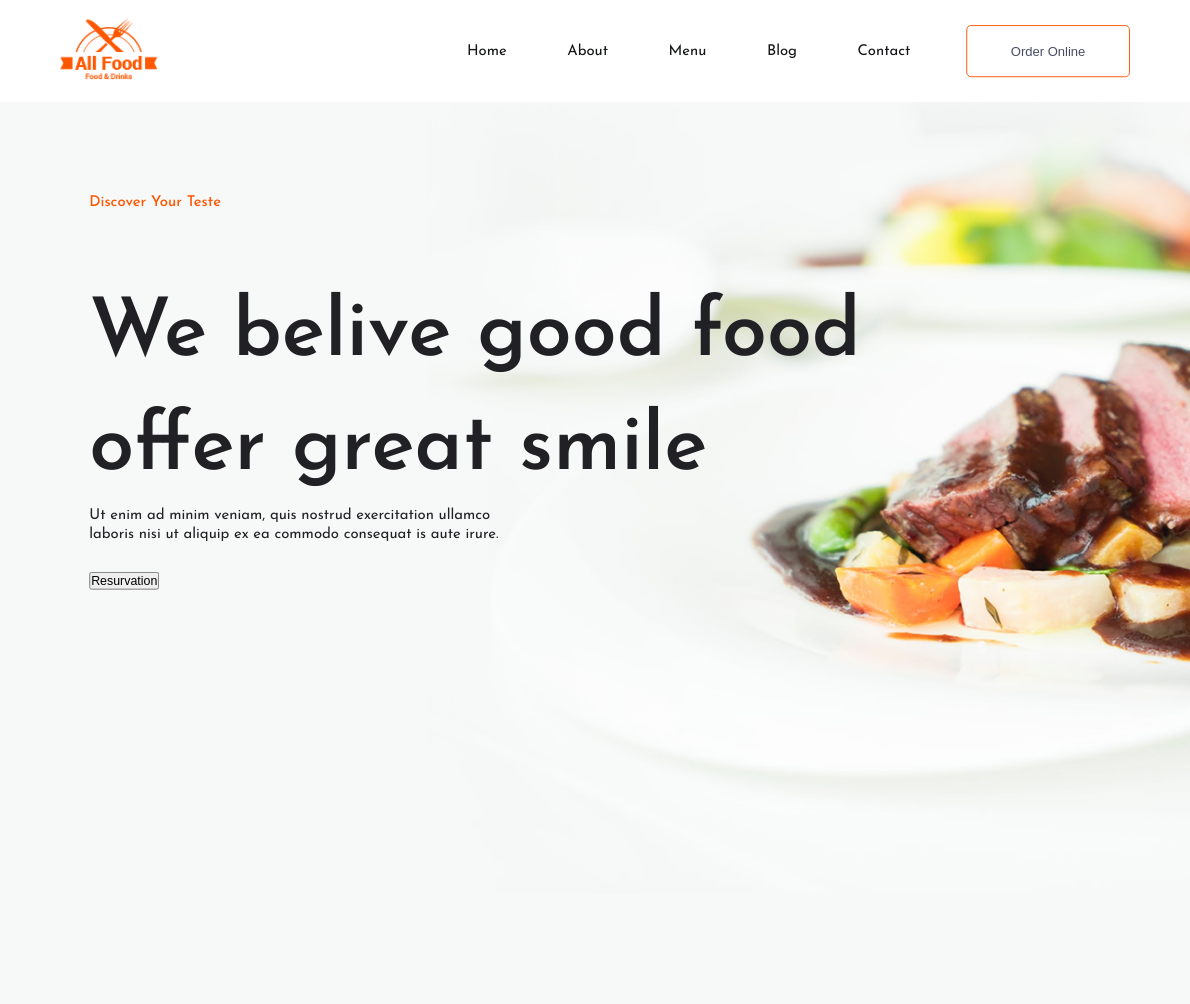
Repository: Ebtehal18/food
Page: index.html
The author's editor kept a copy of each file at every save. The page is drawn from the files as they stood at one save, then again after the next save.
The browser window is 1280 px wide. The pictures show the whole page, at 93% of full size.

Above is the page before, as saved 2024-01-17 12:09:58.

### index.html
<!DOCTYPE html>
<html lang="en">
  <head>
    <meta charset="UTF-8" />
    <meta name="viewport" content="width=device-width, initial-scale=1.0" />
    <title>Time Zone</title>
    <link rel="preconnect" href="https://fonts.googleapis.com" />
    <link rel="preconnect" href="https://fonts.gstatic.com" crossorigin />
    <link
      href="https://fonts.googleapis.com/css2?family=Josefin+Sans:wght@200;300;400;500;600&display=swap"
      rel="stylesheet"
    />
    <link rel="stylesheet" href="asessets/css/style.css" />
    <link rel="stylesheet" href="asessets/css/External/all.min.css" />
  </head>
  <body>
    <!-- nav bar -->
    <header class="header">
      <div class="logo"><img src="asessets/imgs/logo.png" alt="logo" /></div>
      <nav class="nav">
        <ul class="nav-list">
          <li class="list-item"><a href="#">Home</a></li>
          <li class="list-item"><a href="#">About</a></li>
          <li class="list-item"><a href="#">Menu</a></li>
          <li class="list-item">
            <a href="#">Blog</a>
            <ul class="dropdown-list">
              <li class="dropdown-item"><a href="#">Blog</a></li>
              <li class="dropdown-item"><a href="#">Blog Details</a></li>
              <li class="dropdown-item"><a href="#">Element</a></li>
            </ul>
          </li>
          <li class="list-item"><a href="#">Contact</a></li>
        </ul>
      </nav>
      <button class="btn">Order Online</button>
    </header>

    <!-- hero -->

    <section class="hero">
      <div class="container">
        <div class="row">
         <div class="hero-content">
           <span>Discover Your Teste</span>
          <h1>We belive good food offer great smile</h1>
          <p>
            Ut enim ad minim veniam, quis nostrud exercitation ullamco laboris
            nisi ut aliquip ex ea commodo consequat is aute irure.
          </p>
          <button>Resurvation</button></div>
          </div>
        </div>
      </div>
    </section>
  </body>
</html>

### asessets/css/style.css
/*
=======================================================
          public styles
======================================================= */
*,
*::after,
*::before {
  margin: 0;
  padding: 0;
  box-sizing: border-box;
}
html,
body {
  overflow-x: hidden;
}
body {
  font-family: "Josefin Sans", sans-serif;
  color: #141517;
  /* height: 1000px; */
}
.container {
  width: 85%;
  margin: auto;
}
.row {
  display: flex;
  justify-content: space-between;
  align-items: flex-start;
}

/* @media (max-width: 767px) {
  .row {
    flex-flow: column wrap;
  }
} */

/*
=====================================================
            end public styles
=====================================================
 */

/* ===============
        navbar
 ================= */
.header {
  z-index: 999;
  display: flex;
  background-color: #fff;
  position: fixed;
  justify-content: space-around;
  align-items: center;
  top: 0;
  padding: 20px 65px;
  width: 100%;
}
.header .nav {
  display: flex;
  margin-left: auto;
  margin-right: 30px;
}
.header .nav .nav-list .list-item {
  padding: 0 30px;
  display: inline-block;
}
.header .nav .nav-list .list-item a {
  color: #141517;
  font-weight: 400;
  font-size: 16px;
  text-decoration: none;
}
.header .nav .nav-list .list-item a:hover {
  color: #ff5600;
}
.header .nav .nav-list .list-item:nth-child(4) {
  position: relative;
}

.header .nav .list-item .dropdown-list {
  padding: 10px 15px;
  background-color: #fff;
  position: absolute;
  top: 44px;
  left: -4px;
  opacity: 0;
  transition: all 0.4s ease-in;
  -webkit-transition: all 0.4s ease-in;
  -moz-transition: all 0.4s ease-in;
  -ms-transition: all 0.4s ease-in;
  -o-transition: all 0.4s ease-in;
}
.header .nav .nav-list .list-item:nth-child(4):hover .dropdown-list {
  opacity: 1;
  top: 63px;
}

.header .nav .list-item .dropdown-list li {
  width: 140px;
  display: inline-block;
  margin-bottom: 20px;
}
.header .btn {
  position: relative;
  z-index: 1;
  cursor: pointer;
  color: #464d65;
  outline: none;
  border: 1px solid #ff5600;
  font-size: 14px;
  font-weight: 500;
  background-color: transparent;
  padding: 19px 47px;
  border-radius: 5px;
  -webkit-border-radius: 5px;
  -moz-border-radius: 5px;
  -ms-border-radius: 5px;
  -o-border-radius: 5px;
  transition: all 0.4s ease-in;
  -webkit-transition: all 0.4s ease-in;
  -moz-transition: all 0.4s ease-in;
  -ms-transition: all 0.4s ease-in;
  -o-transition: all 0.4s ease-in;
}
.header .btn::before {
  background-color: #ff5600;
  position: absolute;
  content: "";
  top: 0;
  left: 0;
  height: 0%;
  width: 100%;
  z-index: -1;
  transition: all 0.4s ease-in;
  -webkit-transition: all 0.4s ease-in;
  -moz-transition: all 0.4s ease-in;
  -ms-transition: all 0.4s ease-in;
  -o-transition: all 0.4s ease-in;
}
.header .btn:hover {
  color: #fff;
}
.header .btn:hover::before {
  height: 100%;
}

/* ===============
       end  navbar
 ================= */
/* ===============
       hero
 ================= */
.hero {
  display: flex;
  width: 100%;
  height: 1080px;
  background-image: url(../imgs/h1_hero.png);
  background-size: cover;
  background-position: bottom;
}

.hero .hero-content {
  margin-top: -237px;
}
.hero .hero-content span {
  color: #ff5600;
  font-size: 16px;
  font-weight: 500;
  margin-bottom: 75px;
  display: inline-block;
}
.hero .hero-content h1 {
  color: #212025;
  font-size: 87px;
  width: 80%;
  line-height: 1.4;
}
.hero .hero-content p {
  margin-bottom: 30px;
  line-height: 1.3;
  width: 44%;
  color: #212025;
  font-size: 16px;
}
.hero .hero-content .btn {
  position: relative;
  z-index: 1;
  cursor: pointer;
  color: #fff;
  outline: none;
  border: 1px solid #ff5600;
  font-size: 14px;
  font-weight: 500;
  background-color: #ff5600;
  padding: 19px 47px;
  border-radius: 5px;
  -webkit-border-radius: 5px;
  -moz-border-radius: 5px;
  -ms-border-radius: 5px;
  -o-border-radius: 5px;
  transition: all 0.4s ease-in;
  -webkit-transition: all 0.4s ease-in;
  -moz-transition: all 0.4s ease-in;
  -ms-transition: all 0.4s ease-in;
  -o-transition: all 0.4s ease-in;
}
.hero .hero-content button:hover {
}
.hero .hero-content a {
  display: inline-block;
}

Loaded but not shown: asessets/css/External/all.min.css (library)

After the next save:
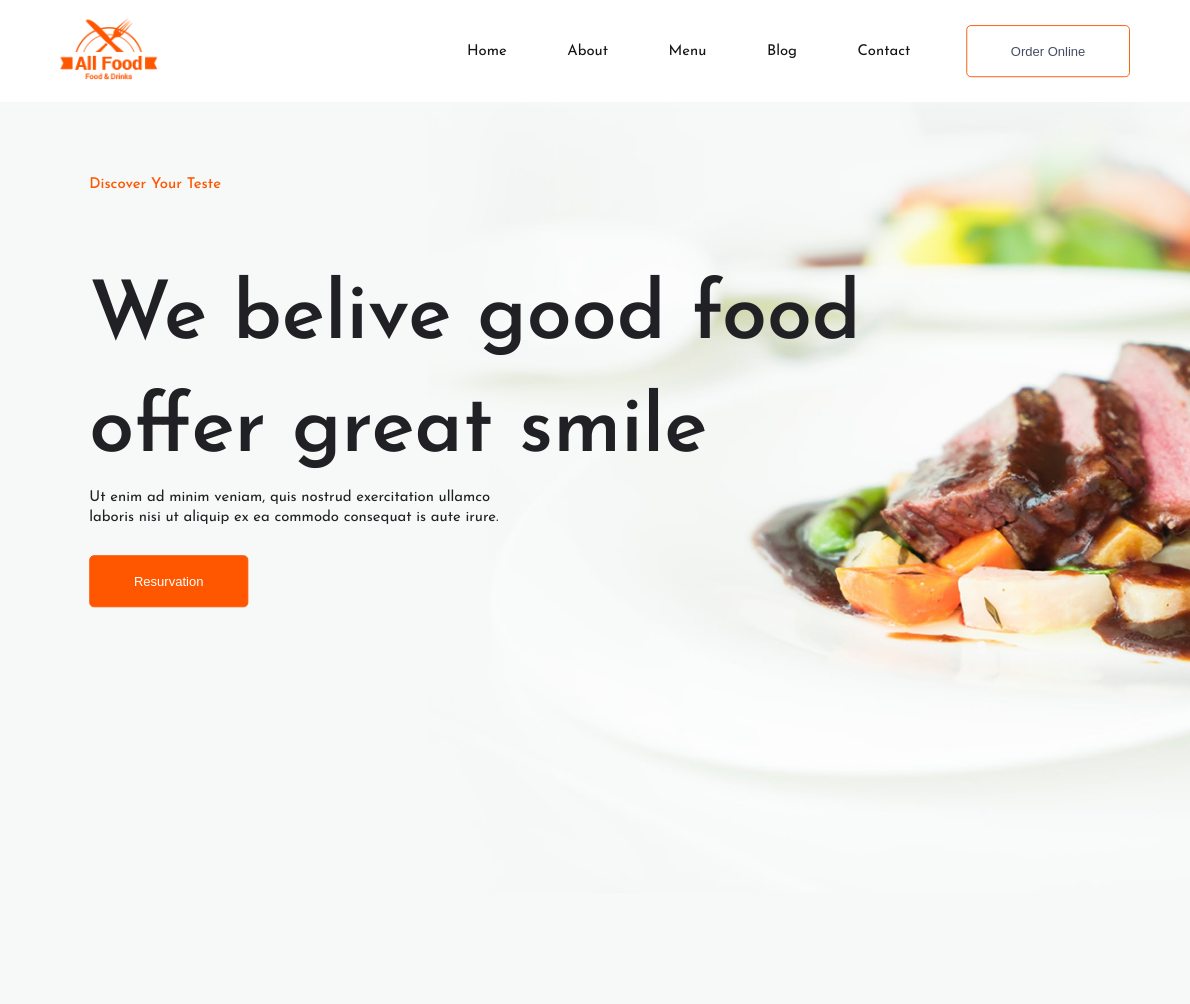
Saved 13 s later.
--- a/asessets/css/style.css
+++ b/asessets/css/style.css
@@ -181,7 +181,7 @@ body {
   color: #212025;
   font-size: 16px;
 }
-.hero .hero-content .btn {
+.hero .hero-content button {
   position: relative;
   z-index: 1;
   cursor: pointer;
